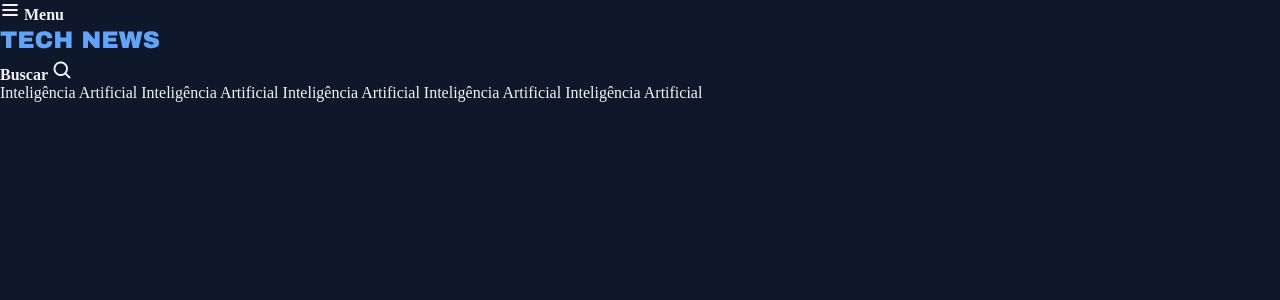
Repository: JeffRodFer/portalDeNoticias
Page: index.html
These files come from the project's save history. The page is drawn as it stood at one moment and after the next save; the edit follows.
The browser window is 1280 px wide. The pictures show the whole page.

Above is the page before, as saved 2025-03-24 21:31:17.

### index.html
<!DOCTYPE html>
<html lang="pt-BR">
  <head>
    <link rel="preconnect" href="https://fonts.googleapis.com">
  <link rel="preconnect" href="https://fonts.gstatic.com" crossorigin>
  <meta charset="UTF-8">
  <meta name="viewport" content="width=device-width, initial-scale=1.0">
  <title>Portal de Notícias</title>
  <link rel="stylesheet" href="styles/index.css">

  <link href="https://fonts.googleapis.com/css2?family=Archivo:ital,wght@0,100..900;1,100..900&family=Bree+Serif&family=Poppins:wght@400;700&display=swap" rel="stylesheet">

</head>
<body>
  <header>
    <nav id="primary">
      <div>
        <img src="assets/icons/List.svg" alt="ícone de menu">
        <strong>Menu</strong>
      </div>
        <div>
          <img src="assets/Logo (1).svg" alt="TechNews logo">
        </div>
        <div>
          <strong>Buscar</strong>
          <img src="assets/icons/MagnifyingGlass.svg" alt="ícone de lupa para pesquisa">
        </div>
    </nav>
    <nav id="secondary">
      <a href="#">Inteligência Artificial</a>
      <a href="#"></a>
      <a href="#">Inteligência Artificial</a>
      <a href="#">Inteligência Artificial</a>
      <a href="#">Inteligência Artificial</a>
      <a href="#">Inteligência Artificial</a>
    </nav>
  </header>
</body>
</html>

### styles/global.css
* {
  margin: 0;
  padding: 0;
  box-sizing: border-box;
}

:root {
  --brand-color-light: #60a5fa ;
  --brand-color-dark: #1d4ed8;
  --bg-color: #0f172a;
  --stroke-color: #1e293b;
  --text-color-primary: #f1f5f9;
  --text-color-secondary: #cbd5e1;

  --fonte-family: 'Archivo', sans-serif;
  --h1: 800 24px/135% var(--font-family);
  --h2: 800 16px/140% var(--font-family);
  --h3: 800 14px/140% var(--font-family);
  --text-span: 400 16px/140% var(--font-family);
  --text: 400 14px/160% var(--font-family);

}

body {
  font: var(--text);
  color: var(--text-color-primary);
  background-color: var(--bg-color);
}

a {
  text-decoration: none;
  color: inherit;
}

a:hover {
  color: var(--brand-color-light);
}

h1,h2,h3 {
  font:inherit;
}

Loaded but not shown: styles/index.css (common file)

After the next save:
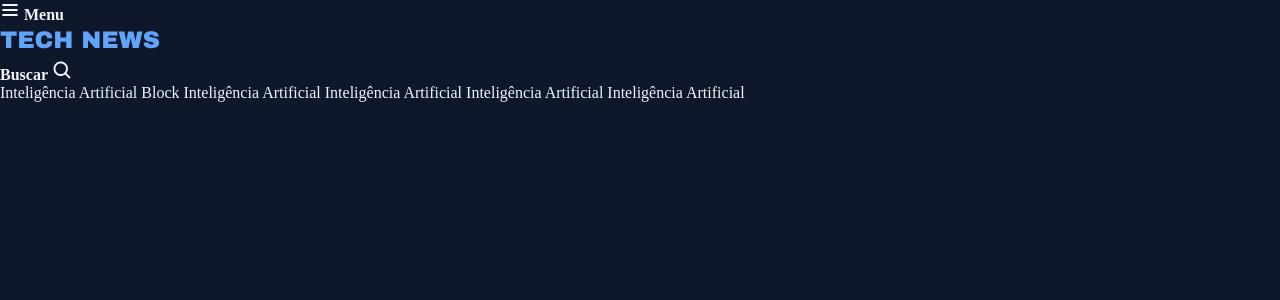
Saved 4 s later.
--- a/index.html
+++ b/index.html
@@ -28,7 +28,7 @@
     </nav>
     <nav id="secondary">
       <a href="#">Inteligência Artificial</a>
-      <a href="#"></a>
+      <a href="#">Block</a>
       <a href="#">Inteligência Artificial</a>
       <a href="#">Inteligência Artificial</a>
       <a href="#">Inteligência Artificial</a>
